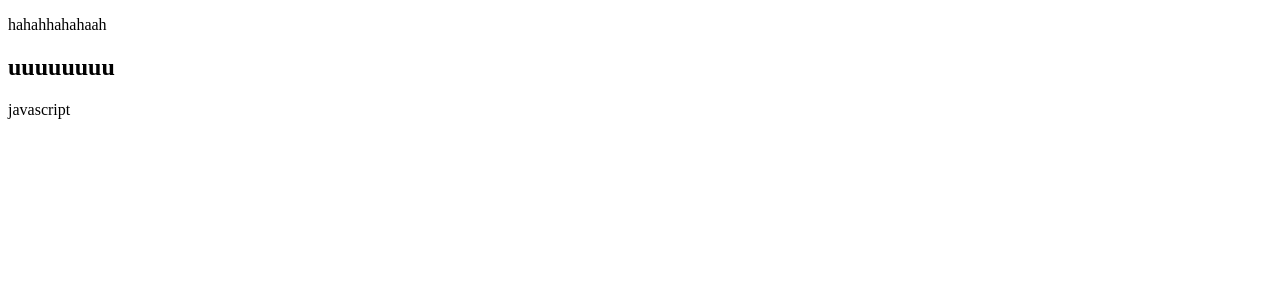
Repository: monijijian/VScodeProject
Page: test.html
These files come from the project's save history. The page is drawn as it stood at one moment and after the next save; the edit follows.
The browser window is 1280 px wide. The pictures show the whole page.

Above is the page before, as saved 2020-09-05 11:34:34.

### test.html
<!DOCTYPE html>
<html lang="en">
<head>
    <meta charset="UTF-8">
    <meta name="viewport" content="width=<device-width>, initial-scale=1.0">
    <title>Document</title>
</head>
<body>
    <div>
        <p>hahahhahahaah</p>
        <h2>uuuuuuuu</h2>
    </div>
    <script>
        document.write('javascript');
    </script>
</body>
</html>

After the next save:
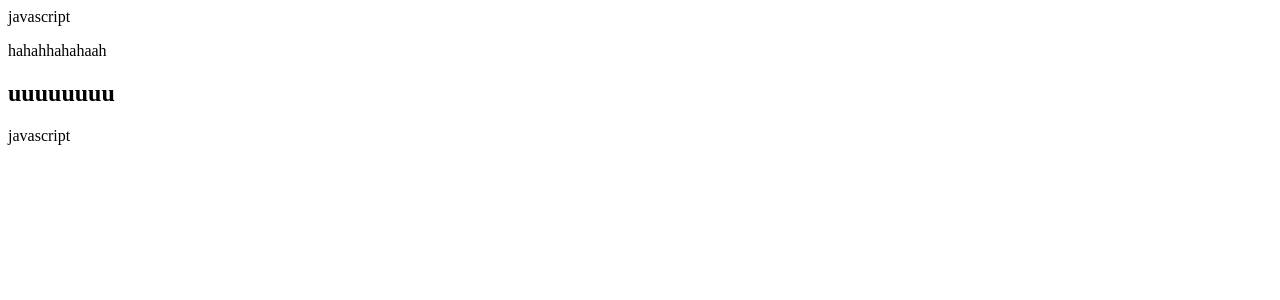
Saved 39 s later.
--- a/test.html
+++ b/test.html
@@ -4,6 +4,9 @@
     <meta charset="UTF-8">
     <meta name="viewport" content="width=<device-width>, initial-scale=1.0">
     <title>Document</title>
+    <script>
+        document.write('javascript');
+    </script>
 </head>
 <body>
     <div>
